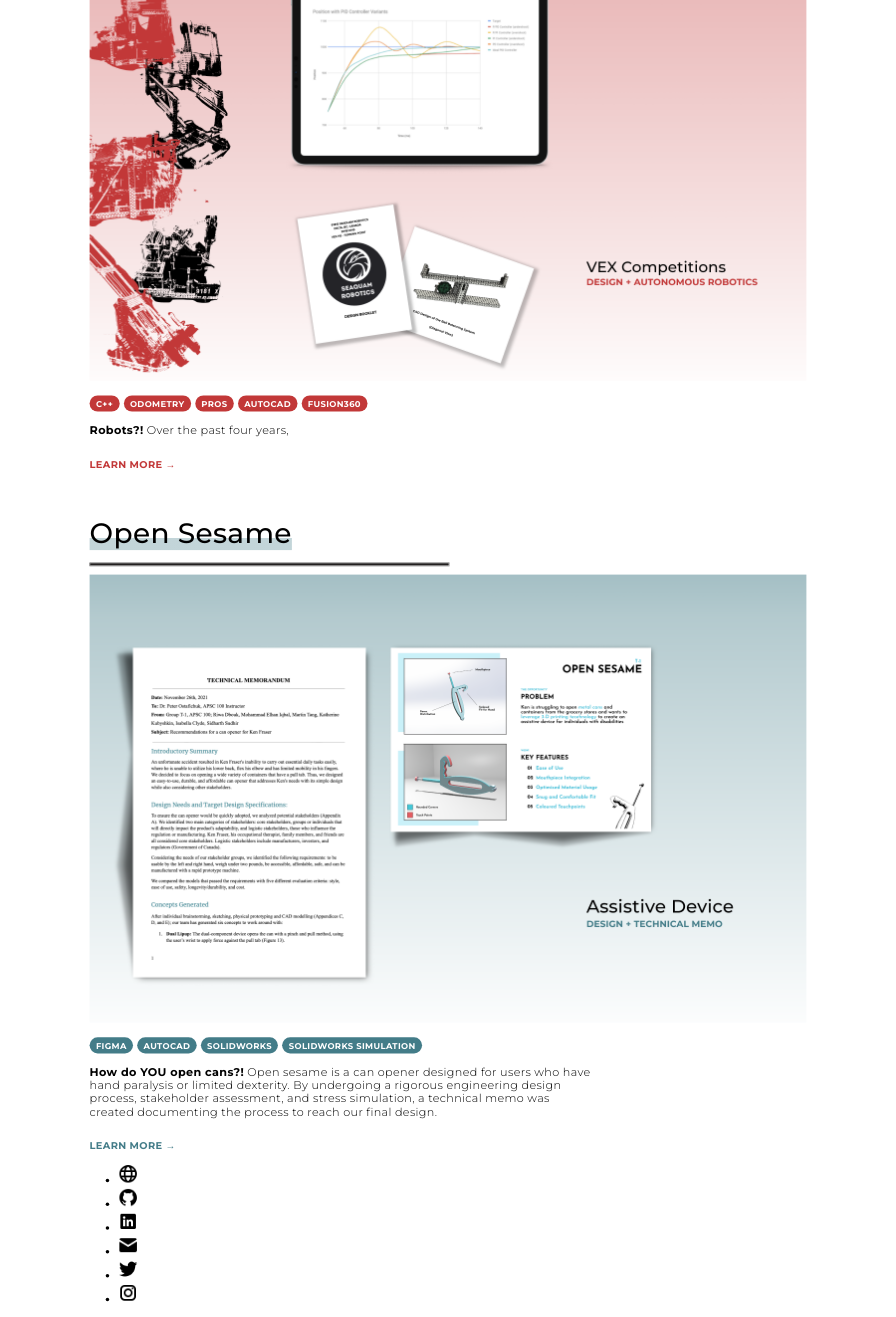
Repository: TangMartin/martintang
Page: index.html
An editor plug-in stored every save of this project. The page is shown before and after the next save, followed by the edit.
The browser window is 1280 px wide. The pictures show the part of the page from y = 3247 to 5167 px (the page is 5129 px tall before and 5167 px after), at 70% of full size.

Above is the page before, as saved 2021-11-30 23:33:50.

### index.html
<!DOCTYPE html>

<html>
    <head>
        <link href="./styles/style.css" rel="stylesheet">
        <link rel="preconnect" href="https://fonts.googleapis.com">
        <link rel="preconnect" href="https://fonts.gstatic.com" crossorigin>
        <link href="https://fonts.googleapis.com/css2?family=Montserrat:wght@300;500;700&display=swap" rel="stylesheet">
        <meta name="viewport" content="width=device-width, initial-scale=1.0">
        <link rel="icon" type"image/x-icon" href="./assets/images/Favicon.png">
        <title> Martin Tang</title>
    </head>

    <body>
        <!-- Main Page-->
        <div class="flex-main">
            <!-- Left Box-->
            <div class="flex-left">
                <h1 class="fade-in1">Hello! <span class="wave" style="margin-left: 4%;">👋🏻</span> </h1>
                <h1 class="fade-in2">I'm Martin Tang</h1>
                <hr style="height:5px; width:15%; margin-left:0; background-color:#222020; display: inline-block">
                <h3 class="fade-in3">I'm a <strong>developer</strong> who believes in leveraging technology to build more inclusive, ethical and innovative softwares. </h3>
                <h3 class="fade-in3">I strive to create genuine relationships and values for both businesses, organizations, and users.</h3>
            </div>
            <!-- Right Box -->
            <div id="phone" class="flex-right">
                <div class="image-stack">
                    <a style="grid-column: 8; grid-row: 10; cursor: pointer; --turn-radius: 12deg; cursor: pointer;" href="./Martin_Tang_Resume.pdf" target="_blank">
                        <img src="./assets/polaroids/Resume.png"/>
                    </a>
                    <img style="grid-column: 3; grid-row: 1; --turn-radius: -12deg;" src="./assets/polaroids/Apsc100.png" />
                    <img style="grid-column: 1; grid-row: 7; --turn-radius: -12deg;" src="./assets/polaroids/Sunset.png" />
                    <img style="grid-column: 7; grid-row: 5; --turn-radius: 15deg;" src="./assets/polaroids/Hongkongpng.png" />
                    <a style="grid-column: 3; grid-row: 12; --turn-radius: -12deg; cursor: pointer;" href="#featuredwork">
                        <img src="./assets/polaroids/Aboutme.png" />
                    </a>
                    <img style="grid-column: 4; grid-row: 5; --turn-radius: -4deg;"src="./assets/polaroids/Jetski.png" />
                    <a style="grid-column: 5; grid-row: 9; --turn-radius: 10deg; cursor: pointer;" href="./pages/aboutme.html">
                        <img src="./assets/polaroids/Projects.png"/>
                    </a>
                </div>
            </div>
        </div>

         <!-- Featured Work -->
        <div class="featured_work" id="featuredwork">
            <h1 style="text-align: center; padding-top: 5rem;"> Featured Work </h1>
            <ul class="work_list">

                <!-- Umami -->
                <li class="work_item" style="--work-color: #447551;">
                    <h1><span class="highlight" style="--highlighter-color: #44755154;">Umami</span></h1>
                    <hr style="height:2.5px; width:50%; margin-left:0; background-color:#222020; display: inline-block; margin">
                    <img class="work_image" src="./assets/images/Umami.png" />
                    <div class="technologies">
                        <p>FASTAPI</p>
                        <p>REACT NATIVE</p>
                        <p>REDUX-SAGA</p>
                        <p>MySQL</p>
                        <p>DOCKER</p>
                        <p>PYTHON</p>
                    </div>
                    <p class="work_description">
                        <strong>IN PROGRESS!</strong> - A mobile application and website for users to search for recipes based on ingredients 🥑 The application allows user to create an account, view recipes scraped from the web, and be apart of a community full of hungry college students OR self-proclaimed chefs.
                    </p>
                    <h3> LEARN MORE → </h3>
                </li>

                <!-- Personal Website -->
                <li class="work_item" style="--work-color: #62AAD5;">
                    <h1><span class="highlight" style="--highlighter-color: #a5cde4b6;">Martintang</span></h1>
                    <hr style="height:2.5px; width:50%; margin-left:0; background-color:#222020; display: inline-block">
                    <img class="work_image" src="./assets/images/Personalwebsite.png" />
                    <div class="technologies">
                        <p>JAVASCRIPT</p>
                        <p>FIGMA</p>
                        <p>HTML</p>
                        <p>CSS</p>
                    </div>
                    <p class="work_description">
                        <strong>Welcome to my website!</strong> This is my little digital journal where I share my experiences and the things I have learned from various opportunities! In a world that's always hustling, it helps me stay present and reflect on how much I've grown and achieved over the years.
                    </p>
                    <h3> LEARN MORE → </h3>
                </li>

                <!-- VEX Robotics -->
                <li class="work_item" style="--work-color: #C23838;">
                    <h1><span class="highlight" style="--highlighter-color: #c2383880;">9181S Seaquam Robotics</span></h1>
                    <hr style="height:2.5px; width:50%; margin-left:0; background-color:#222020; display: inline-block">
                    <img class="work_image" src="./assets/images/Robotics.png" />
                    <div class="technologies">
                        <p>C++</p>
                        <p>ODOMETRY</p>
                        <p>PROS</p>
                        <p>AUTOCAD</p>
                        <p>FUSION360</p>
                    </div>
                    <p class="work_description">
                        <strong>Robots?!</strong> Over the past four years,
                    </p>
                    <h3> LEARN MORE → </h3>
                </li>

                <!-- Assistive Device -->
                <li class="work_item" style="--work-color: #437C88;">
                    <h1><span class="highlight" style="--highlighter-color: #437c8852;">Open Sesame</span></h1>
                    <hr style="height:2.5px; width:50%; margin-left:0; background-color:#222020; display: inline-block">
                    <img class="work_image" src="./assets/images/Assistivedevice.png" />
                    <div class="technologies">
                        <p>FIGMA</p>
                        <p>AUTOCAD</p>
                        <p>SOLIDWORKS</p>
                        <p>SOLIDWORKS SIMULATION</p>
                    </div>
                    <p class="work_description">
                        <strong>How do YOU open cans?!</strong> Open sesame is a can opener designed for users who have hand paralysis or limited dexterity. By undergoing a rigorous engineering design process, stakeholder assessment, and stress simulation, a technical memo was created documenting the process to reach our final design.
                    </p>
                    <h3> LEARN MORE → </h3>
                </li>
            </ul>
            <!-- Footer -->
            <footer>
                <div>
                    <ul>
                        <li><a href="https://martintang.xyz"><img src="./assets/footericons/Website.png" height="30px"></a></li>
                        <li><a href="https://github.com/TangMartin" target="_blank"><img src="./assets/footericons/Github.png" height="30px"></a></li>
                        <li><a href="https://linkedin.com/in/martin-txng" target="_blank"><img src="./assets/footericons/Linkedin.png" height="30px"></a></li>
                        <li><a href="mailto:martintxng@gmail.com" target="_blank"><img src="./assets/footericons/Mail.png" height="30px"></a></li>
                        <li><a href="mailto:martintxng@gmail.com target="_blank""><img src="./assets/footericons/Twitter.png" height="30px"></a></li>
                        <li><a href="https://www.instagram.com/martintxng" target="_blank"><img src="./assets/footericons/Instagram.png" height="30px"></a></li>
                    </ul>
                </div>
            </footer>
        </div>
    </body>
</html>

### styles/style.css
:root {
    --highlighter-color: #EEDF5B;
    --work-color: #1cca73;
    --turn-radius: 6deg;
}

html{
    scroll-behavior: smooth;
}
body {
    max-width: 70rem;
    margin-right: auto;
    margin-left: auto;
    width: 80vw;
    padding-top: 2rem;
}

body,
h1,
h2,
h3,
h4,
h5 {
  font-family: 'Montserrat', sans-serif;
  letter-spacing: 0.5px;
}

h3 {
    margin-top: 10px;
    color: #222020;
    font-size: 20px;
    font-weight: 300;
}

/* MAIN PAGE */
.flex-main {
    display: flex;
    flex-direction: row;
}
.flex-main h1 {
    display: flex;
    flex-direction: row;
    font-size: 50px;
    margin: 5px 0px 10px 0px;
}

.flex-left {
    width: 40%;
    padding-top: 23%;
    padding-bottom: 2%;
}
.flex-right {
    width: 60%;
}
.image-stack{
    display: grid;
    grid-template-columns: repeat(12, 55px);
    grid-template-rows: repeat(19, 48px);
    padding-left: 10%;

}
.image-stack img {
    transition: all 0.3s ease-in-out 0s;
}
.image-stack img:hover {
    transform: rotate(var(--turn-radius));
    transition: all 0.3s ease-in-out 0s;
}

.wave {
    animation-name: wave-animation;
    animation-duration: 2.5s;
    animation-iteration-count: infinite;
    transform-origin: 70% 70%;
    display: inline-block;
  }

  @keyframes wave-animation {
      0% { transform: rotate( 0.0deg) }
     10% { transform: rotate(14.0deg) }  /* The following five values can be played with to make the waving more or less extreme */
     20% { transform: rotate(-8.0deg) }
     30% { transform: rotate(14.0deg) }
     40% { transform: rotate(-4.0deg) }
     50% { transform: rotate(10.0deg) }
     60% { transform: rotate( 0.0deg) }  /* Reset for the last half to pause */
    100% { transform: rotate( 0.0deg) }
  }
.fade-in1 {
    opacity: 0;
	animation: fadeIn;
    animation-duration: 2s;
    animation-fill-mode: forwards;
}
.fade-in2 {
    opacity: 0;
	animation: fadeIn;
    animation-duration: 2s;
    animation-delay: 1s;
    animation-fill-mode: forwards;
}
.fade-in3 {
    opacity: 0;
	animation: fadeIn;
    animation-duration: 3s;
    animation-delay: 1.5s;
    animation-fill-mode: forwards;
}
@keyframes fadeIn {
  from {
  	opacity: 0;
  }
  to {
 	opacity: 1;
  }
}

/* FEATUERED WORK */
.featured_work {
    margin-top: -5%;
}
.featured_work h1 {
    font-size: 40px;
}
.work_list {
    list-style: none;
    padding-left: 0;
}
.work_item {
    margin-top: 4rem;
}
.work_item h1{
    margin-bottom: 1%;
}
.work_item h3{
    margin-top: 3%;
    font-weight: bold;
    font-size: 14px;
    color: var(--work-color);
}
.work_image {
    max-width: 100%;
}
.work_description {
    margin-top: 5px;
    font-weight: 350;
    width: 70%;
}
.highlight {
    background: linear-gradient(180deg, #FFFFFF 65%, var(--highlighter-color) 65%);
    font-weight: 400;
}
.technologies {
    margin-top: 5px;
    display: flex;
    flex-direction:row;
    color: var(--work-color);
}
.technologies p {
    font-size: 12px;
    margin-right: 6px;
    color: #FFFFFF;
    font-weight: 600;
    border-radius:20px;
    padding: 4px 9px 4px 9px;
    background: var(--work-color);
}
/* ABOUT ME */
.aboutme_image {
    max-width: auto;
    height: 100%;
    justify-content: center;
    opacity: 0;
	animation: fadeIn;
    animation-duration: 2s;
    animation-fill-mode: forwards;
}
.flexabout-left {
    width: 30%;
    padding-bottom: 2%;
    display: flex;
    justify-content: center;
}
.flexabout-right{
    width: 70%;
    padding-bottom: 2%;
    padding-left: 2rem;
}
.flexabout-right a{
    font-weight: bold;
}

After the next save:
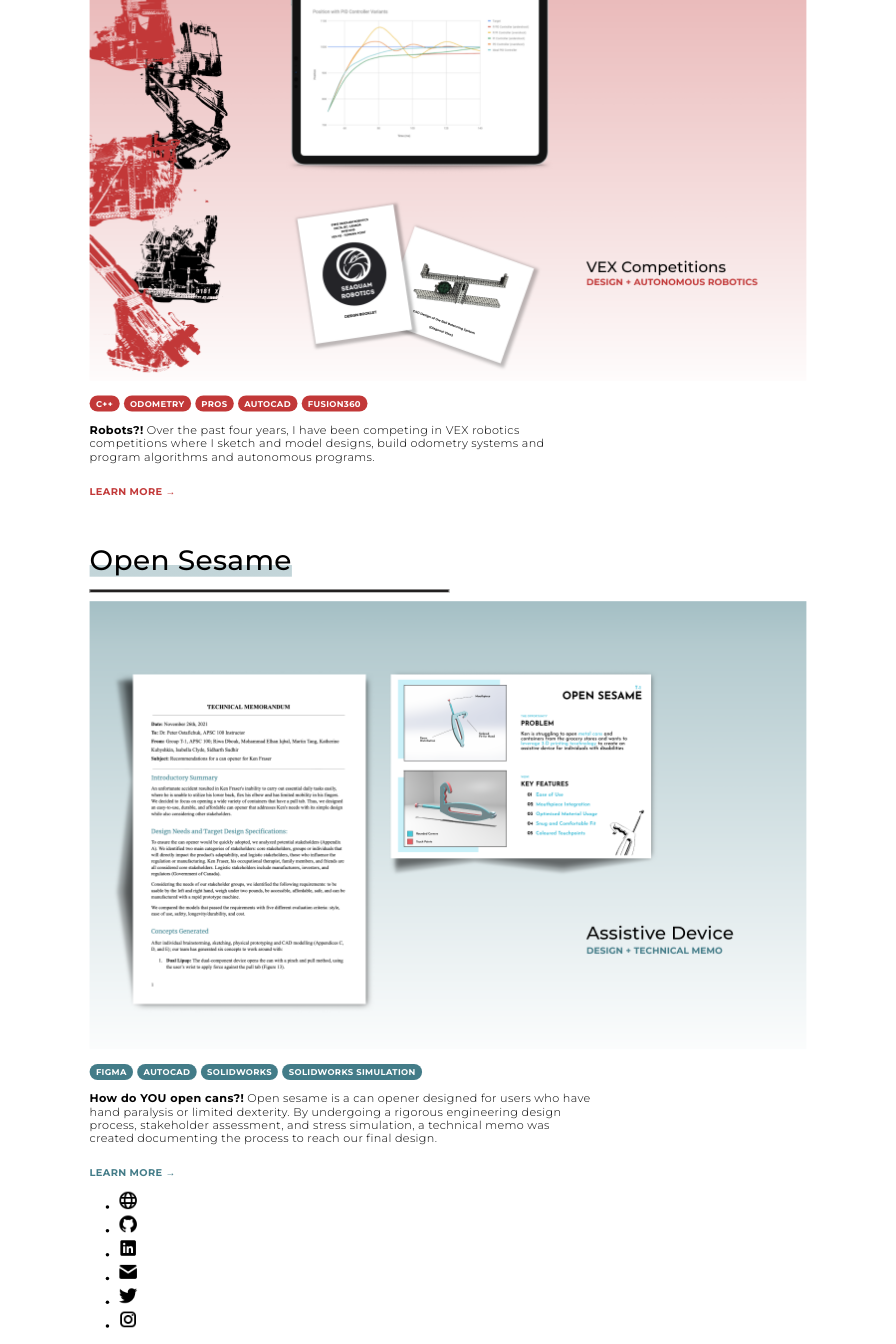
Saved 4 min 33 s later.
--- a/index.html
+++ b/index.html
@@ -96,7 +96,7 @@
                         <p>FUSION360</p>
                     </div>
                     <p class="work_description">
-                        <strong>Robots?!</strong> Over the past four years,
+                        <strong>Robots?!</strong> Over the past four years, I have been competing in VEX robotics competitions where I sketch and model designs, build odometry systems and program algorithms and autonomous programs.
                     </p>
                     <h3> LEARN MORE → </h3>
                 </li>
